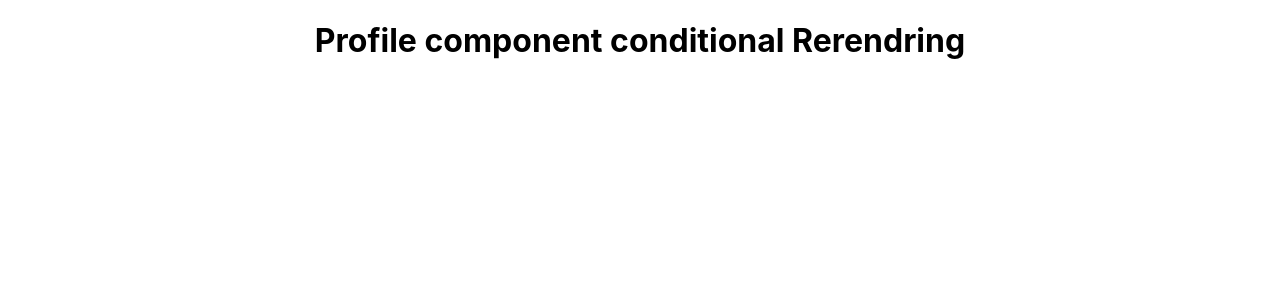
Repository: ShahbazGurmani/react-practice
Page: /
An editor plug-in stored every save of this project. The page is shown before and after the next save, followed by the edit.
The browser window is 1280 px wide. The pictures show the whole page.
The project was rebuilt for these pictures with package versions that can differ from the ones it lists, and the page was loaded fresh each time. Also part of the build but not shown: src/User.js, src/Student.js, src/Records.js.

Above is the page before, as saved 2023-08-23 02:53:58.

### src/index.js
import React from 'react';
import ReactDOM from 'react-dom/client';
import './index.css';
import App from './App';
import Records from './Records';
import reportWebVitals from './reportWebVitals';

const root = ReactDOM.createRoot(document.getElementById('root'));
root.render(
  <React.StrictMode>
  <App/>
  </React.StrictMode>
);

// If you want to start measuring performance in your app, pass a function
// to log results (for example: reportWebVitals(console.log))
// or send to an analytics endpoint. Learn more: https://bit.ly/CRA-vitals
reportWebVitals();

### src/App.js
import logo from './logo.svg';
import React ,{useState} from 'react';
import './App.css';
import  './User';
import Student from './Student';
import Profile from './Profile';

function App() {

  // const [name,setName] = useState(0);
  // const[value,setValue] = useState(null);
  // const[status,setStatus] = useState(true);

  //simple function

  // function apple()
  // {
  //   setName(name+1)
  // }

  // function getValue(val)
  // {
  //   console.log(val.target.value);
  //   setValue(val.target.value);
  // }
//form data submit work onit:..............................................................................
  // const [name,setName] = useState("");
  // const [interest,setInterest] = useState("");
  // const [tnc,setTnc] = useState(false);


  // function getFormData(event)
  // {
  //     console.warn(name,interest,tnc);
  //     event.preventDefault();
  // }


  return (
    <div className="App">
      {/* <h1>{name}</h1> */}
      {/* <button onClick={apple}>
        click me
      </button> */}
      {/* with the help of arrow function() */}
      {/* <button onClick={()=>{apple()}}>
        click me
      </button>
      <Student name={name} email={"shahbaz@gmail.com"} />
      <button onClick={()=>{setName("shahbaz")}}>
        update name
      </button> */}

      {/* get input value from box */}
      {/* <h2>{value}</h2>
      <input type='text' onChange={getValue}></input> */}


      {/* {
        status?<h1>hello world</h1>:null
      } */}
      {/* <button onClick={setStatus(false)}>Hide</button>
      <button onClick={setStatus(true)}>Show</button> */}

      {/* <h1>Handle from in react</h1>
       <form onSubmit={getFormData}>
          <input type='text' placeholder='enter your name:' onChange={(e)=>{setName(e.target.value)}}/><br/> <br/>
          <select onChange={(e)=>{setInterest(e.target.value)}}>
                <option>Select anyone option</option>
                <option>Mravel</option>
                <option>BC</option>
          </select><br/> <br/>
          <input type='checkbox' onChange={(e)=>{setTnc(e.target.checked)}} /><span>Accept terms and conditions</span><br/> <br/>
          <button type='submit'>Submit</button>
       </form> */}
      <Profile/>

    </div>

  );
}

export default App;

### src/Profile.js
function Profile()
{
    return(
        <div>
            <h1>Profile component conditional Rerendring</h1>
        </div>
    )
}
export default Profile;

Loaded but not shown: public/index.html (common file); src/index.css (common file); src/reportWebVitals.js (common file); src/App.css (common file)

After the next save:
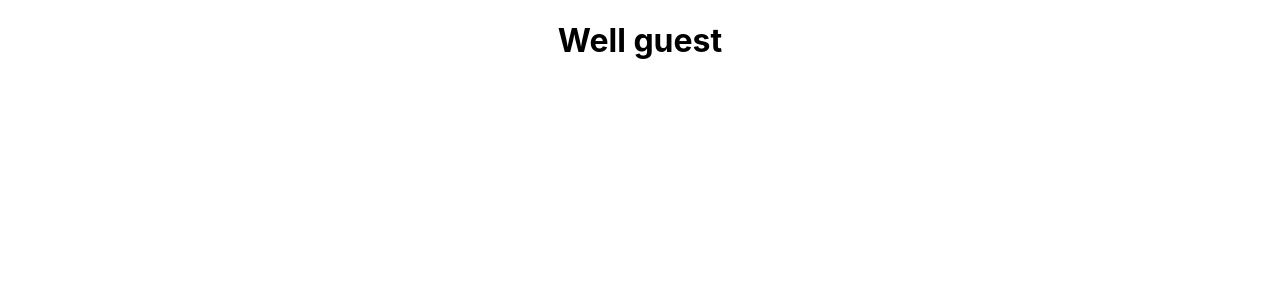
Saved 4 min 47 s later.
--- a/src/Profile.js
+++ b/src/Profile.js
@@ -1,9 +1,25 @@
+import { useState } from "react";
+
+
 function Profile()
 {
-    return(
-        <div>
-            <h1>Profile component conditional Rerendring</h1>
-        </div>
-    )
+    const [login,setLogin] = useState(false);
+
+    if(login)
+    {
+        return(
+                <div>
+                    <h1>Well shahbaz</h1>
+                </div>
+            )
+    }
+    else
+    {
+        return(
+            <div>
+                <h1>Well guest</h1>
+            </div>
+        )
+    }
 }
 export default Profile;
